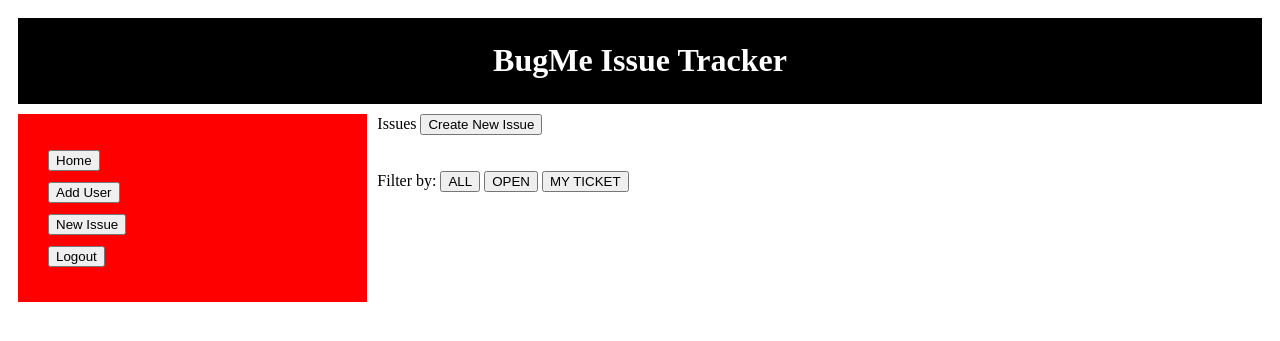
Repository: ranaldo89/info-2180-final-project
Page: index.html
The author's editor kept a record of every edit. The page is drawn from the files as they stood at one moment, then again after the next edit.
The browser window is 1280 px wide. The pictures show the whole page.

Above is the page before.

### index.html
<!DOCTYPE HTML>
<html>

    <head>

        <title>BugMe Issue Tracker</title>

         <link rel="stylesheet" type="text/css" href="style.css" />

    </head>

    <body>

    <div id="myModal" class="modal">

  <div class="modal-content">
  Username:<br>
  <input id="usernameField" type="text" name="username" required>
  <br>
  Password:<br>
  <input id= "passwordField" type="password" name="password" required>
  <br><br>
  <input id="loginButton" type="submit" value="Submit" >
  </div>

</div>

       <div class="grid-container">

           <div class="header">
               <h1>BugMe Issue Tracker</h1>
           </div>

           <div class="menu">
                <button id="home" type="button">Home</button>
                <br>
                <button id="addUser"  type="button">Add User</button>
                <br>
                <button id="addIssue"  type="button">New Issue</button>
                <br>
                <button id="logout"  type="button">Logout</button>
           </div>

           <div id="body" class="body">

               <div id="homeDiv" >
                   Issues
                   <input id="createIssueBtn" type="submit" value="Create New Issue">
                   <br>
                   <br>
                   <br>
                   Filter by: <input id="allBtn" type="submit" value="ALL">
                   <input id="openBtn" type="submit" value="OPEN">
                   <input id="myTicketBtn" type="submit" value="MY TICKET">
                   <div id="issueTable"></div>
               </div>

               <div id="addUserDiv">
                     <h1>New User</h1>
                     First name:<br>
                     <input id="addUserFirstName" type="text" name="firstname" >
                     <br>
                     Last name:<br>
                     <input id="addUserLastName" type="text" name="lastname" >
                     <br>
                     Password:<br>
                     <input id="addUserPassword" type="password" name="password" >
                     <br>
                     Email:<br>
                     <input id="addUserEmail" type="text" name="email" >
                     <br>
                     <br>
                     <input id="addUserSubmit" type="submit" value="Submit">

               </div>

               <div id="addIssueDiv">
                     <h1>New Issue</h1>
                     Title:<br>
                     <input id="addIssueTitle" type="text" name="title">
                     <br>
                     Description:<br>
                     <input id="addIssueDescription" type="text" name="description">
                     <br>
                     Assigned to:<br>
                     <input id="addIssueAssignedTo" type="text" name="assignedto">
                     <br>
                     Type:<br>
                     <input id="addIssueType" type="text" name="type">
                     <br>
                     Priority:<br>
                     <input id="addIssuePriority" type="text" name="priority">
                     <br>
                     <br>
                     <input id="addIssueSubmit" type="submit" value="Submit">
               </div>

           </div>

       </div>

    </body>

      <script src="app.js"></script>

</html>

### style.css
.header {
	grid-area: header;
	display: flex;
	flex-direction: column;
	line-height: 0.1;
	color: white;
	text-align: center;
	background-color: black;
	padding: 20px;
}

.menu {
	grid-area: menu;
	background-color: red;
	line-height: 2;
	padding: 30px;
}

.body {
	grid-area: main;

}

.grid-container {
	display: grid;
	grid-template-areas: 'header header header header ' 'menu main main main ';
	grid-gap: 10px;
	padding: 10px;
}

.modal {
  display: none; /* Hidden by default */
  position: fixed; /* Stay in place */
  z-index: 1; /* Sit on top */
  padding-top: 100px; /* Location of the box */
  left: 0;
  top: 0;
  width: 100%; /* Full width */
  height: 100%; /* Full height */
  overflow: auto; /* Enable scroll if needed */
  background-color: rgb(0,0,0); /* Fallback color */
  background-color: rgba(0,0,0,0.4); /* Black w/ opacity */
}

.modal-content {
  background-color: #fefefe;
  margin: auto;
  padding: 20px;
  border: 1px solid #888;
  width: 80%;
}

/* The Close Button */
.close {
  color: #aaaaaa;
  float: right;
  font-size: 28px;
  font-weight: bold;
}

.close:hover,
.close:focus {
  color: #000;
  text-decoration: none;
  cursor: pointer;
}

### app.js
window.onload = function() {
    var bodyDiv = document.getElementById("body");
    var homeBtn = document.getElementById("home");
    var addUser = document.getElementById("addUser");
    var addIssue = document.getElementById("addIssue");
    var logout = document.getElementById("logout");
    var loginButton = document.getElementById("loginButton");
    var passwordField = document.getElementById("passwordField");
    var usernameField = document.getElementById("usernameField");
    var modal = document.getElementById("myModal");
    var httpRequest = new XMLHttpRequest();
    var url = "/index.php";
    var homeDiv = document.getElementById("homeDiv");
    var addUserDiv = document.getElementById("addUserDiv");
    var addIssueDiv = document.getElementById("addIssueDiv");
    var addUserFirstName=document.getElementById("addUserFirstName");
    var addUserLastName=document.getElementById("addUserLastName");
    var addUserEmail=document.getElementById("addUserEmail");
    var addUserPassword=document.getElementById("addUserPassword");
    var addUserSubmit=document.getElementById("addUserSubmit");
    var addIssueTitle=document.getElementById("addIssueTitle");
    var addIssueDescription=document.getElementById("addIssueDescription");
    var addIssueAssignedTo=document.getElementById("addIssueAssignedTo");
    var addIssueType=document.getElementById("addIssueType");
    var addIssuePriority=document.getElementById("addIssuePriority");
    var addIssueSubmit=document.getElementById("addIssueSubmit");
    var createIssueBtn=document.getElementById("createIssueBtn");
    var allBtn=document.getElementById("allBtn");
    var openBtn=document.getElementById("openBtn");
    var issueTable=document.getElementById("issueTable");
    var myTicketBtn=document.getElementById("myTicketBtn");
    //modal.style.display = "block";
    homeDiv.style.display="block";
    addUserDiv.style.display = "none";
    addIssueDiv.style.display = "none";


    addUserSubmit.addEventListener("click",function() {
            if (httpRequest.readyState === 4 && httpRequest.status === 200) {
                var response = httpRequest.responseText;
                //    addUserFirstName.value="";
                 //   addUserLastName.value="";
                 //   addUserEmail.value="";
                 //   addUserPassword.value="";
            }
        httpRequest.open('GET', url + "?Firstname=" + addUserFirstName.value +
        "&Lastname=" + addUserLastName.value +
        "&Email=" + addUserEmail.value+
        "&Password=" + addUserPassword.value, true);
        httpRequest.send();
    });

    addIssueSubmit.addEventListener("click",function() {
            if (httpRequest.readyState === 4 && httpRequest.status === 200) {
                var response = httpRequest.responseText;
                    //addIssueTitle.value="";
                  //  addIssueDescription.value="";
                  //  addIssueAssignedTo.value="";
                  //  addIssueType.value="";
                  //  addIssuePriority.value="";
            }
        httpRequest.open('GET', url + "?title=" + addIssueTitle.value +
        "&description=" + addIssueDescription.value +
        "&assignedto=" + addIssueAssignedTo.value+
        "&type=" + addIssueType.value+
        "&priority=" + addIssuePriority.value, true);
        httpRequest.send();
    });

    loginButton.addEventListener("click", function() {
        httpRequest.onreadystatechange = function() {
            if (httpRequest.readyState === 4 && httpRequest.status === 200) {
                var response = httpRequest.responseText;
                if (response == "true") {
                    modal.style.display = "none";
                }
            }
        };

        httpRequest.open('GET', url + "?email=" + usernameField.value + "&password=" + passwordField.value, true);
        httpRequest.send();

    });

    addUser.addEventListener("click", function() {
                homeDiv.style.display="none";
                addUserDiv.style.display = "block";
                addIssueDiv.style.display = "none";

    });

    homeBtn.addEventListener("click", function() {

                homeDiv.style.display="block";
                addUserDiv.style.display = "none";
                addIssueDiv.style.display = "none";

    });

    createIssueBtn.addEventListener("click", function() {

                homeDiv.style.display="none";
                addUserDiv.style.display = "none";
                addIssueDiv.style.display = "block";

    });

    addIssue.addEventListener("click", function() {

                homeDiv.style.display="none";
                addUserDiv.style.display = "none";
                addIssueDiv.style.display = "block";

    });

    allBtn.addEventListener("click",function() {
        httpRequest.onreadystatechange = function() {
            if (httpRequest.readyState === 4 && httpRequest.status === 200) {
                var response = httpRequest.responseText;
                        issueTable.innerHTML=response;
            }
        };
        httpRequest.open('GET', url + "?display_issues", true);
        console.log(httpRequest);
        httpRequest.send();


    });

    openBtn.addEventListener("click",function() {
        httpRequest.onreadystatechange = function() {
            if (httpRequest.readyState === 4 && httpRequest.status === 200) {
                var response = httpRequest.responseText;
                        issueTable.innerHTML=response;
            }
        };
        httpRequest.open('GET', url + "?display_issues_open", true);
        console.log(httpRequest);
        httpRequest.send();


    });

    myTicketBtn.addEventListener("click",function() {
        httpRequest.onreadystatechange = function() {
            if (httpRequest.readyState === 4 && httpRequest.status === 200) {
                var response = httpRequest.responseText;
                        issueTable.innerHTML=response;
            }
        };
        httpRequest.open('GET', url + "?display_issues_tickets", true);
        console.log(httpRequest);
        httpRequest.send();


    });

    logout.addEventListener("click", function() {
        httpRequest.onreadystatechange = function() {
            if (httpRequest.readyState === 4 && httpRequest.status === 200) {
                var response = httpRequest.responseText;
            }
        };
        httpRequest.open('GET', url + "?logout", true);
        console.log(httpRequest);
        httpRequest.send();
        modal.style.display = "block";
    });

}

After the next edit:
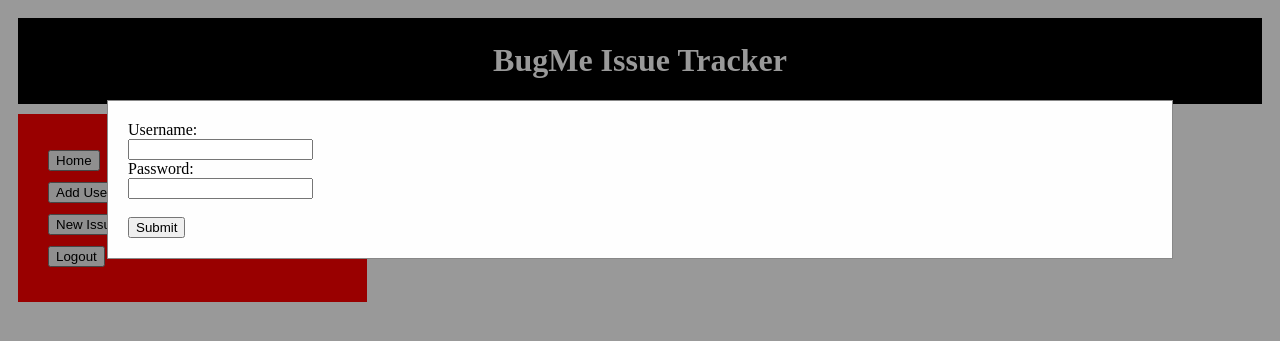
The edit:
--- a/app.js
+++ b/app.js
@@ -29,7 +29,7 @@ window.onload = function() {
     var openBtn=document.getElementById("openBtn");
     var issueTable=document.getElementById("issueTable");
     var myTicketBtn=document.getElementById("myTicketBtn");
-    //modal.style.display = "block";
+    modal.style.display = "block";
     homeDiv.style.display="block";
     addUserDiv.style.display = "none";
     addIssueDiv.style.display = "none";
